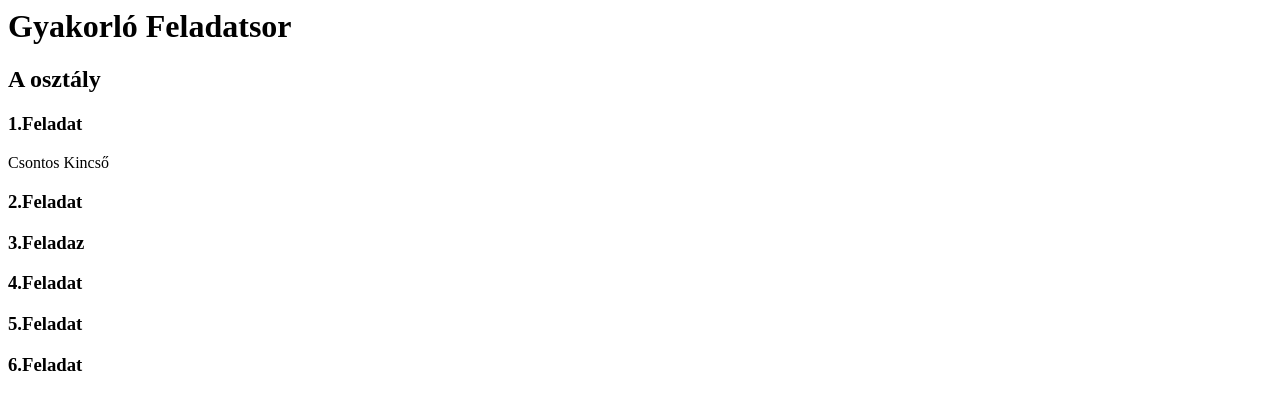
Repository: doomhyena/htdocs
Page: http://localhost/00.Home/4. Gyakorló feladatsor A osztály.php
An editor plug-in stored every save of this project. The page is shown before and after the next save, followed by the edit.
The browser window is 1280 px wide. The pictures show the whole page.
The page is run by PHP 8.4 with error messages shown; the project is at /var/www/html/.

Above is the page before, as saved 2024-09-25 12:15:05.

### 00.Home/4. Gyakorló feladatsor A osztály.php
<?php

echo "<h1>Gyakorló Feladatsor</h1>";
echo "<h2>A osztály</h2>";

echo "<h3>1.Feladat</h3>";

echo "Csontos Kincső";

// ----------------------------------------------------------------------

echo "<h3>2.Feladat</h3>";



// ----------------------------------------------------------------------

echo "<h3>3.Feladaz</h3>";



echo "<h3>4.Feladat</h3>";



echo "<h3>5.Feladat</h3>";



echo "<h3>6.Feladat</h3>";

After the next save:
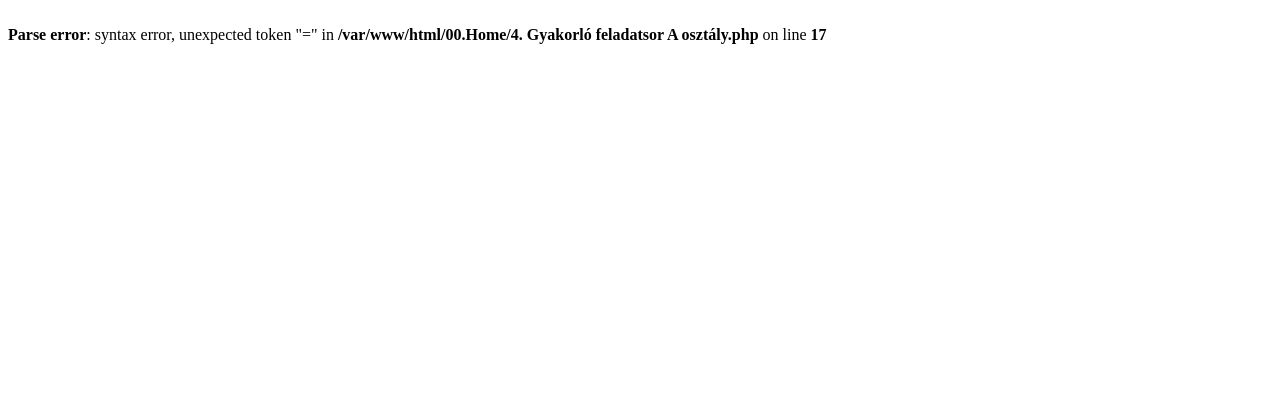
Saved 32 s later.
--- a/00.Home/4. Gyakorló feladatsor A osztály.php
+++ b/00.Home/4. Gyakorló feladatsor A osztály.php
@@ -11,7 +11,10 @@
 
 echo "<h3>2.Feladat</h3>";
 
-
+$s = 2;
+$b = 4;
+$c = 8;
+d = 3;
 
 // ----------------------------------------------------------------------
 

After the save that followed:
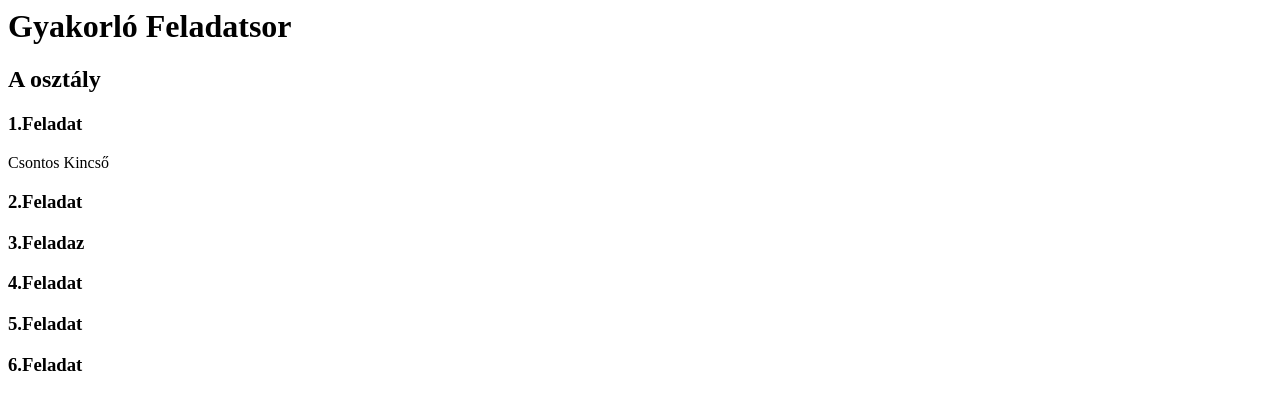
Saved 8 s later.
--- a/00.Home/4. Gyakorló feladatsor A osztály.php
+++ b/00.Home/4. Gyakorló feladatsor A osztály.php
@@ -14,7 +14,7 @@
 $s = 2;
 $b = 4;
 $c = 8;
-d = 3;
+$d = 3;
 
 // ----------------------------------------------------------------------
 
